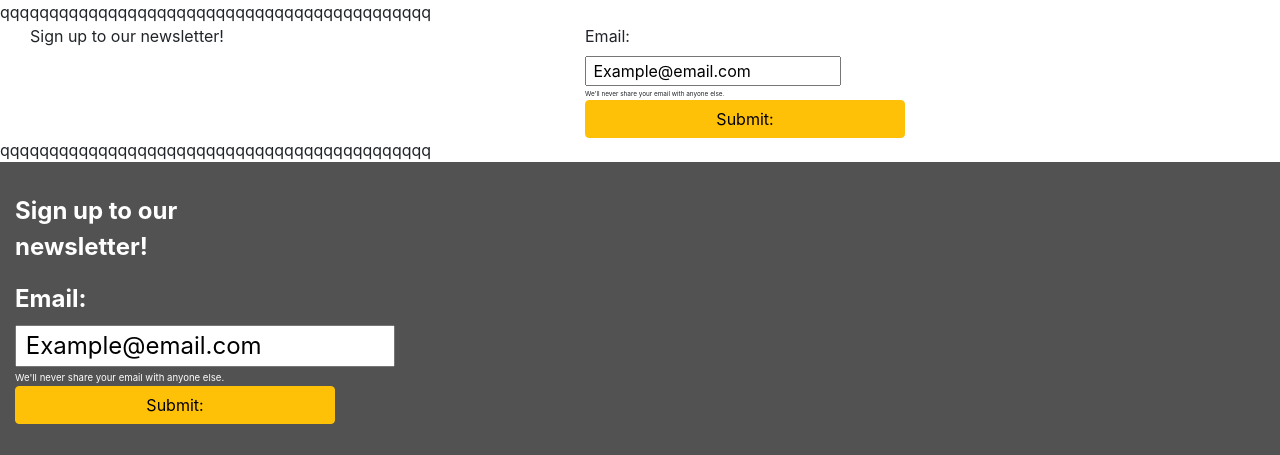
Repository: Felix-Redwood/Interactive-Frontend-Development-Milestone-Project
Page: index.html
The author's editor kept a record of every edit. The page is drawn from the files as they stood at one moment, then again after the next edit.
The browser window is 1280 px wide. The pictures show the part of the page from y = 720 to 1176 px (the page is 1175 px tall before and 1176 px after).
Backgrounds fixed to the window are drawn as part of the page.

Above is the page before.

After the next edit:
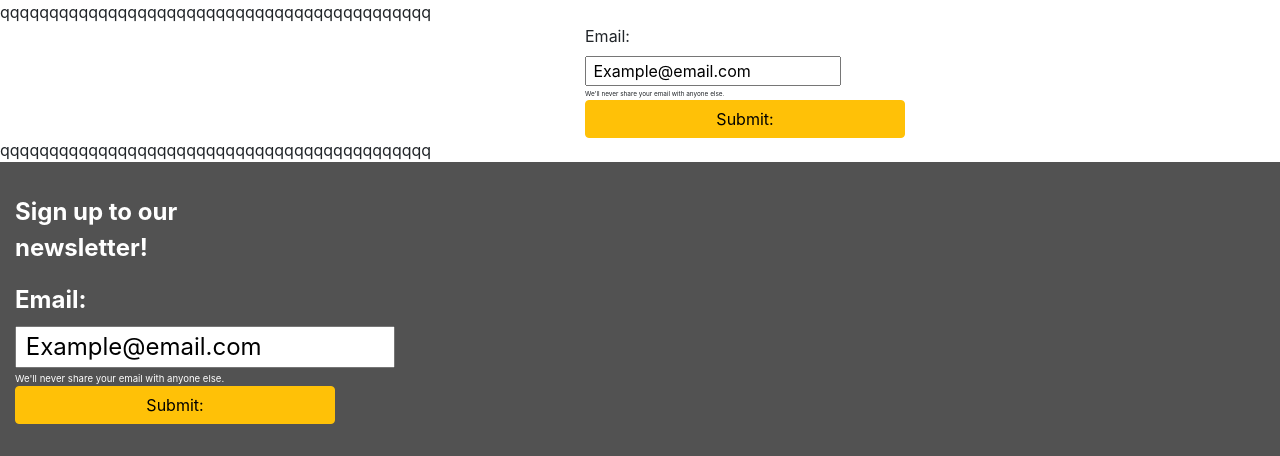
The edit:
--- a/index.html
+++ b/index.html
@@ -38,7 +38,7 @@
         <div class="container links-container content-container">
             <section>
                 <div class="row">
-                    <div class="col-12 col-md-6">
+                    <div class="col-12 col-md-6 email-box">
                         <div class="media">
                             <div class="media-body">
                                 <p>Sign up to our newsletter!</p>
